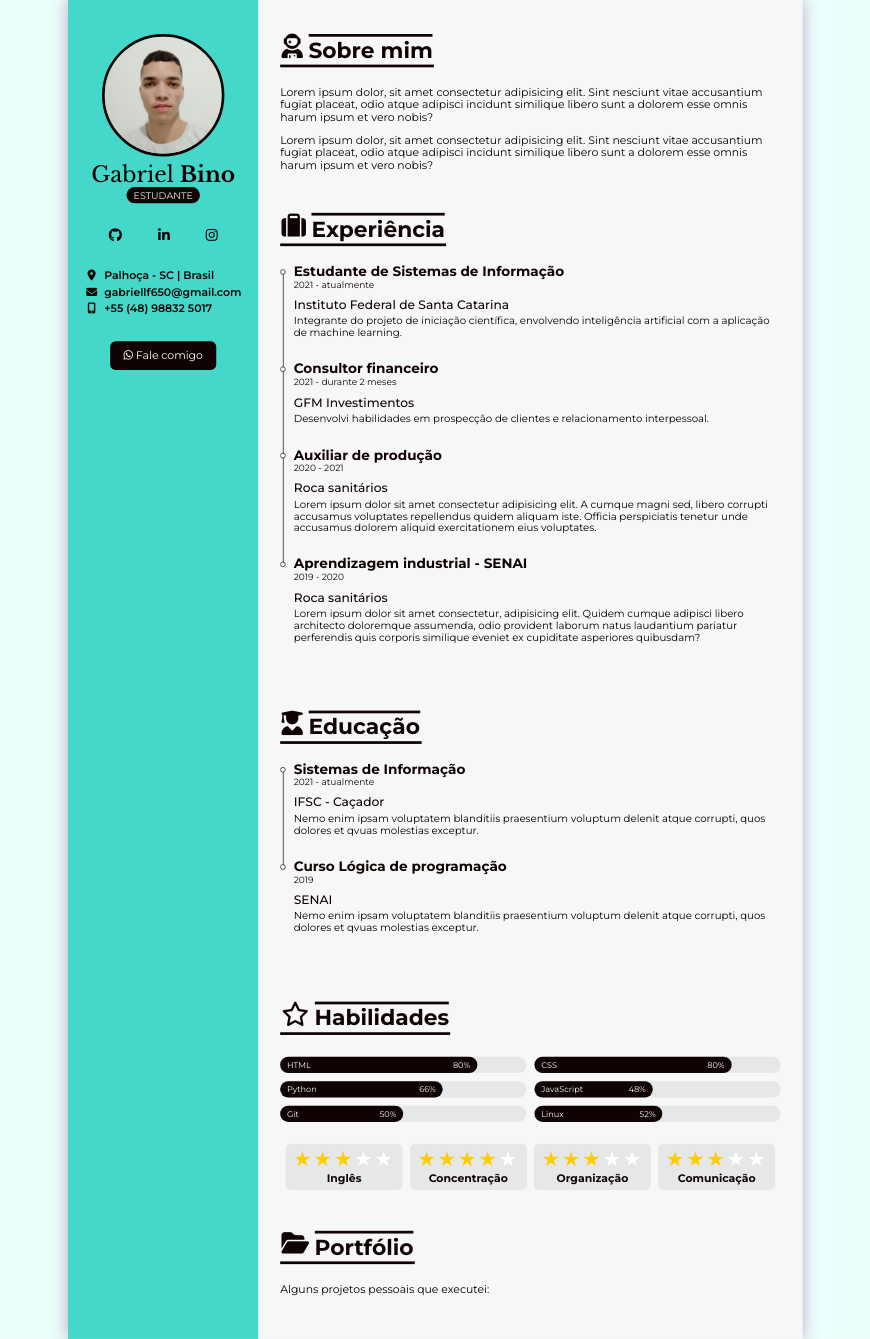
Repository: gabrielbino/projects-dio
Page: curriculoResponsivo/index.html
An editor plug-in stored every save of this project. The page is shown before and after the next save, followed by the edit.
The browser window is 1280 px wide. The pictures show the whole page, at 68% of full size.
Some web libraries are served in a nearby version.

Above is the page before, as saved 2021-10-19 12:12:47.

After the next save:
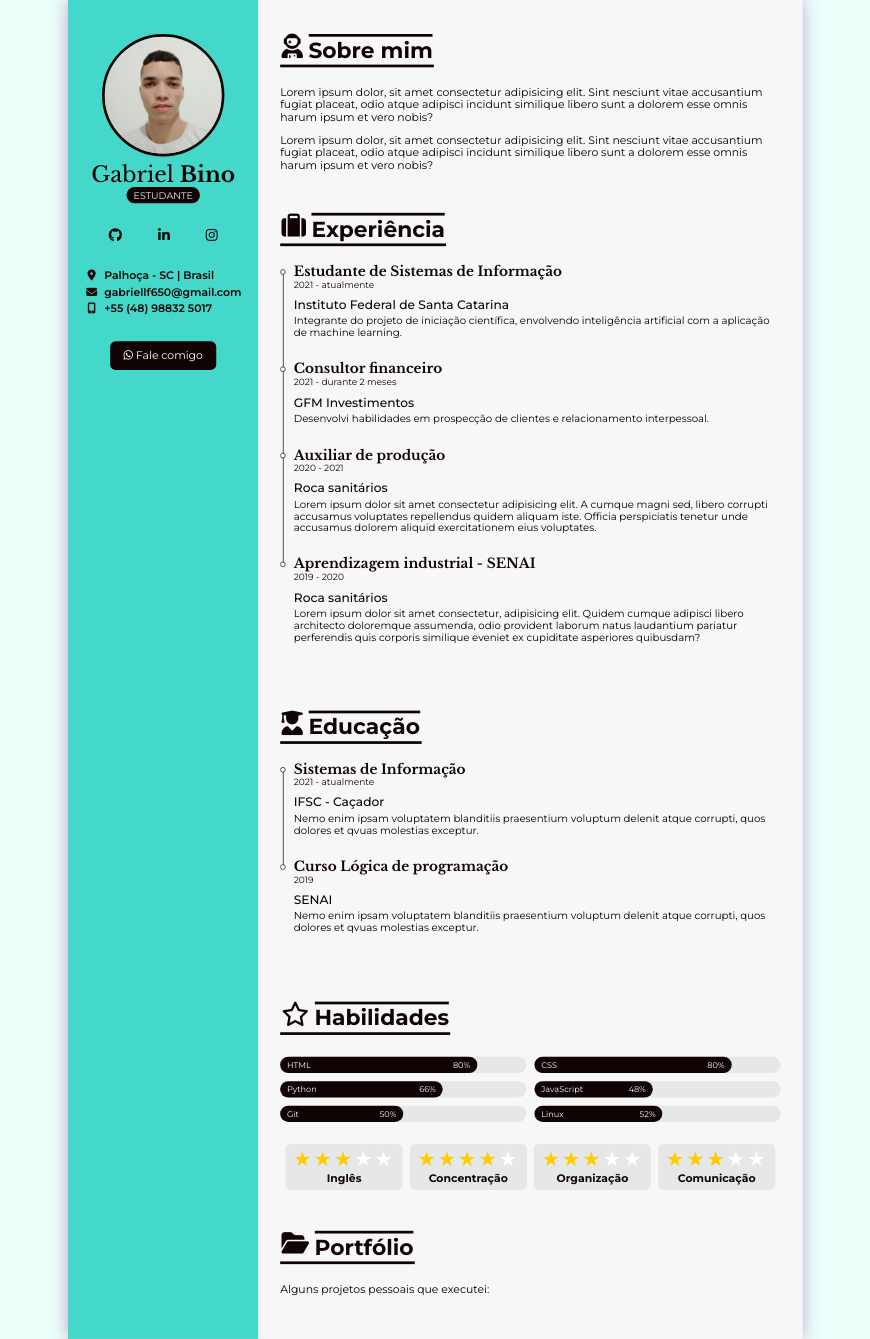
Saved 81 s later.
--- a/curriculoResponsivo/css/style.css
+++ b/curriculoResponsivo/css/style.css
@@ -186,6 +186,7 @@ article:not(:last-of-type) {
 
 .timeline-title {
   color: #100303;
+  font-family: "Libre Baskerville";
   font-size: 20px;
   margin: -8px 0 0;
 }

After the 4 saves that followed:
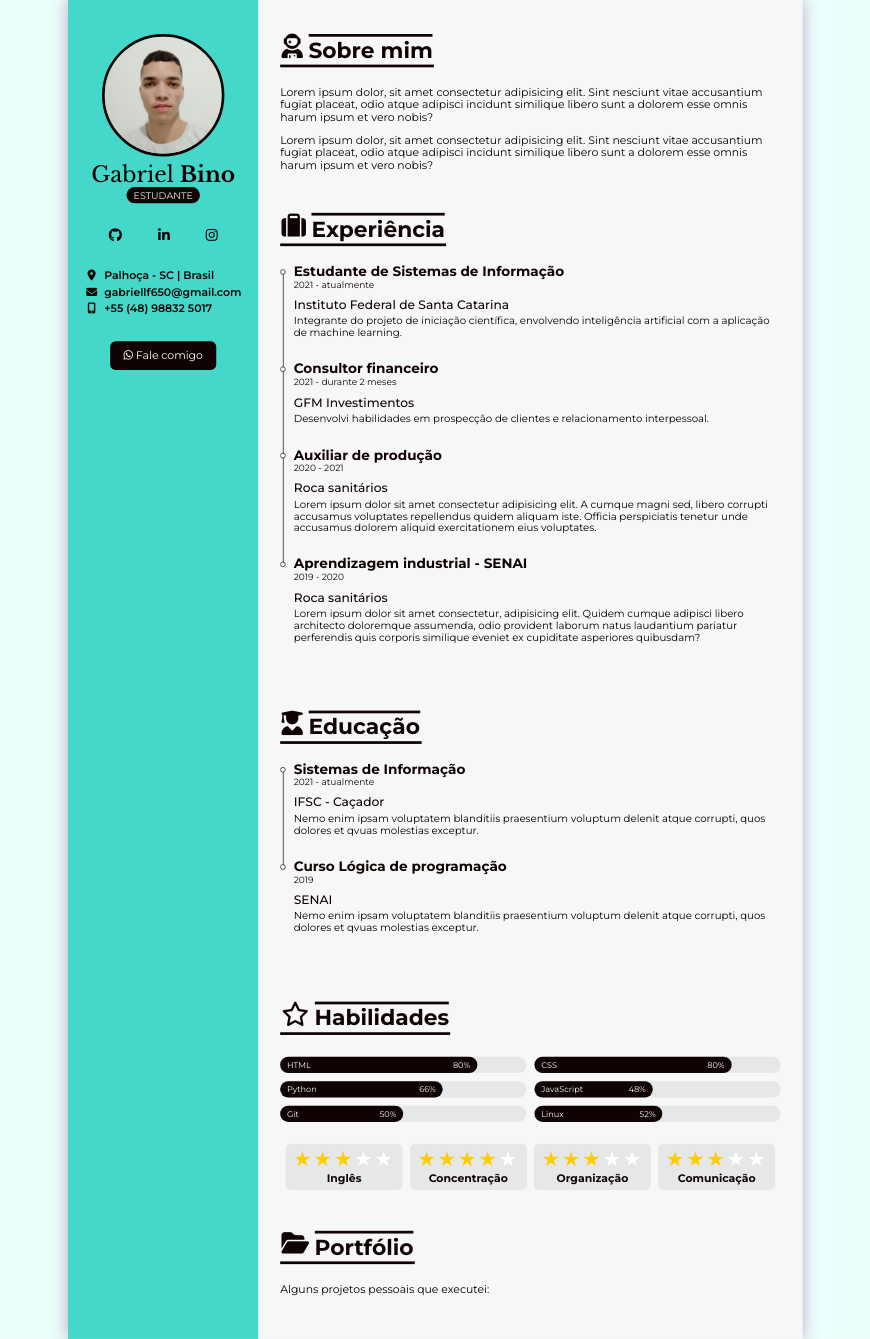
The 4 saves are shown as one change because 3 left the picture as it was.
The last was saved 96 s later.
--- a/curriculoResponsivo/css/style.css
+++ b/curriculoResponsivo/css/style.css
@@ -186,7 +186,6 @@ article:not(:last-of-type) {
 
 .timeline-title {
   color: #100303;
-  font-family: "Libre Baskerville";
   font-size: 20px;
   margin: -8px 0 0;
 }
